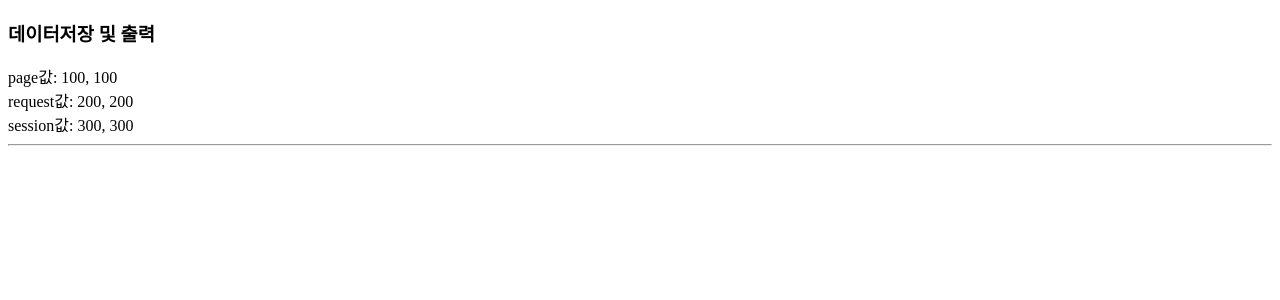
Repository: linklifejo/study_web
Page: http://localhost/servlet02/el/scope_data.jsp
An editor plug-in stored every save of this project. The page is shown before and after the next save, followed by the edit.
The browser window is 1280 px wide. The pictures show the whole page.
The page is served by Tomcat 9. Other server files are loaded and not shown.

Above is the page before, as saved 2023-02-07 01:08:33.

### servlet02/src/main/webapp/el/scope_data.jsp
<%@ page language="java" contentType="text/html; charset=UTF-8"
    pageEncoding="UTF-8"%>
<!DOCTYPE html>
<html>
<head>
<meta charset="UTF-8">
<title>Insert title here</title>
</head>
<body>
<h3>데이터저장 및 출력</h3>
<%
	pageContext.setAttribute("pageValue", 100);
	request.setAttribute("requestValue", 200);
	session.setAttribute("sessionValue", 300);

	pageContext.setAttribute("value", 100);
	request.setAttribute("value", 200);
	session.setAttribute("value", 300);
%>
<div>page값: <%= pageContext.getAttribute("pageValue") %>, ${pageValue}</div>
<div>request값: <%= request.getAttribute("requestValue") %>, ${requestValue}</div>
<div>session값: <%= session.getAttribute("sessionValue") %>, ${sessionValue}</div>
<hr>
<%-- <div>값: ${value}</div> --%>

</body>
</html>

After the next save:
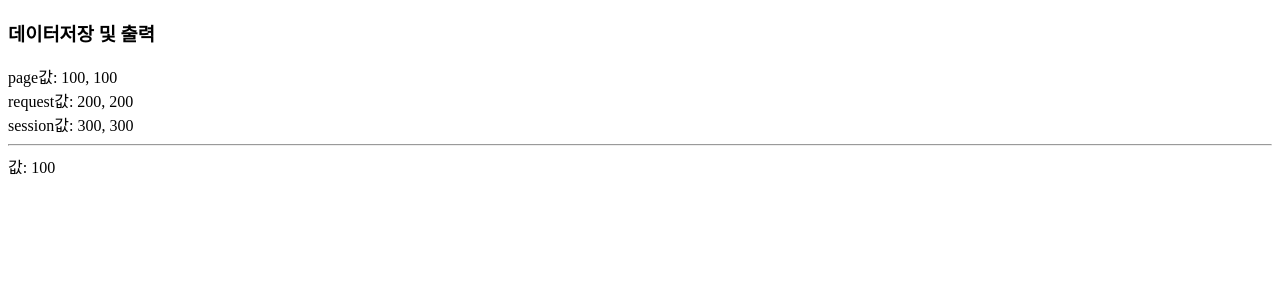
Saved 55 s later.
--- a/servlet02/src/main/webapp/el/scope_data.jsp
+++ b/servlet02/src/main/webapp/el/scope_data.jsp
@@ -21,7 +21,7 @@
 <div>request값: <%= request.getAttribute("requestValue") %>, ${requestValue}</div>
 <div>session값: <%= session.getAttribute("sessionValue") %>, ${sessionValue}</div>
 <hr>
-<%-- <div>값: ${value}</div> --%>
+<div>값: ${value}</div>
 
 </body>
 </html>
